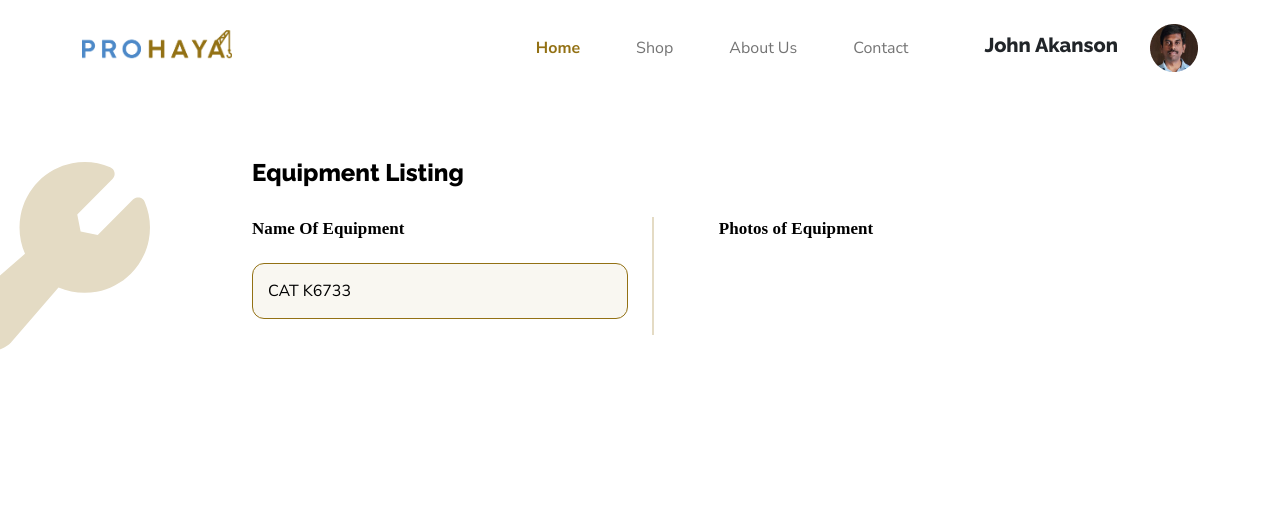
Repository: stormcelltech/Prohaya-UI
Page: Prohaya-UI/equipment_listing.html
The author's editor kept a copy of each file at every save. The page is drawn from the files as they stood at one save, then again after the next save.
The browser window is 1280 px wide. The pictures show the whole page.
Some web libraries are served in a nearby version.

Above is the page before, as saved 2022-04-14 02:16:11.
Console error: TypeError: $(...).owlCarousel is not a function

After the next save:
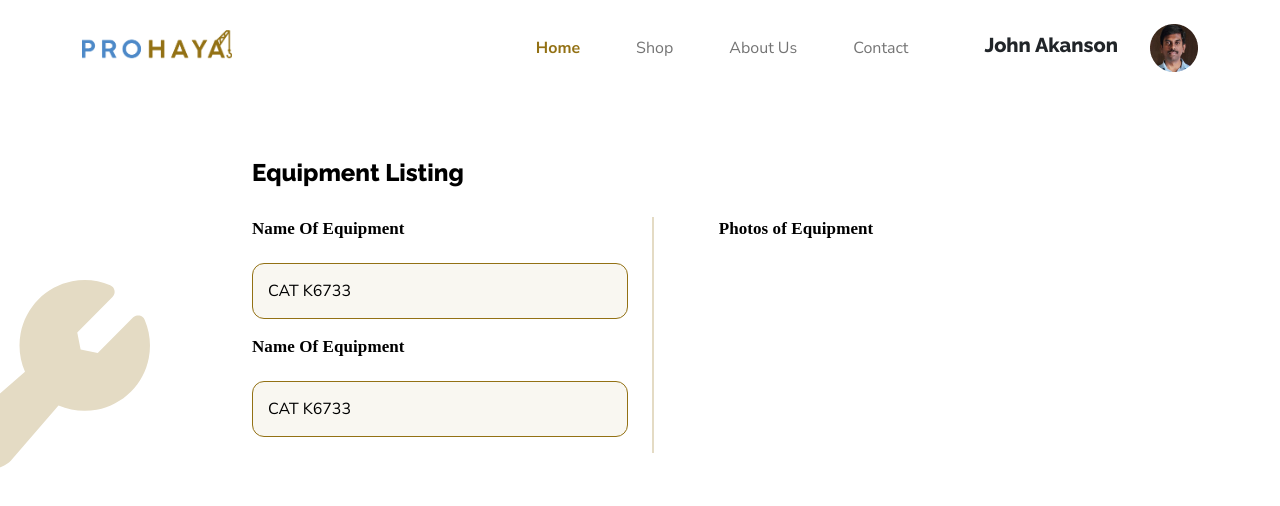
Saved 30 s later.
--- a/Prohaya-UI/equipment_listing.html
+++ b/Prohaya-UI/equipment_listing.html
@@ -65,7 +65,11 @@
                             <div class="mb-3">
                                 <label for="exampleFormControlInput1" class="form-label custom-labels">Name Of Equipment</label>
                                 <input type="text" class="form-control custom-input" id="exampleFormControlInput1" placeholder="CAT K6733">
-                              </div>
+                            </div>
+                            <div class="mb-3">
+                                <label for="exampleFormControlInput1" class="form-label custom-labels">Name Of Equipment</label>
+                                <input type="text" class="form-control custom-input" id="exampleFormControlInput1" placeholder="CAT K6733">
+                            </div>
 
                         </div>
                         <div class="col-md-1">
